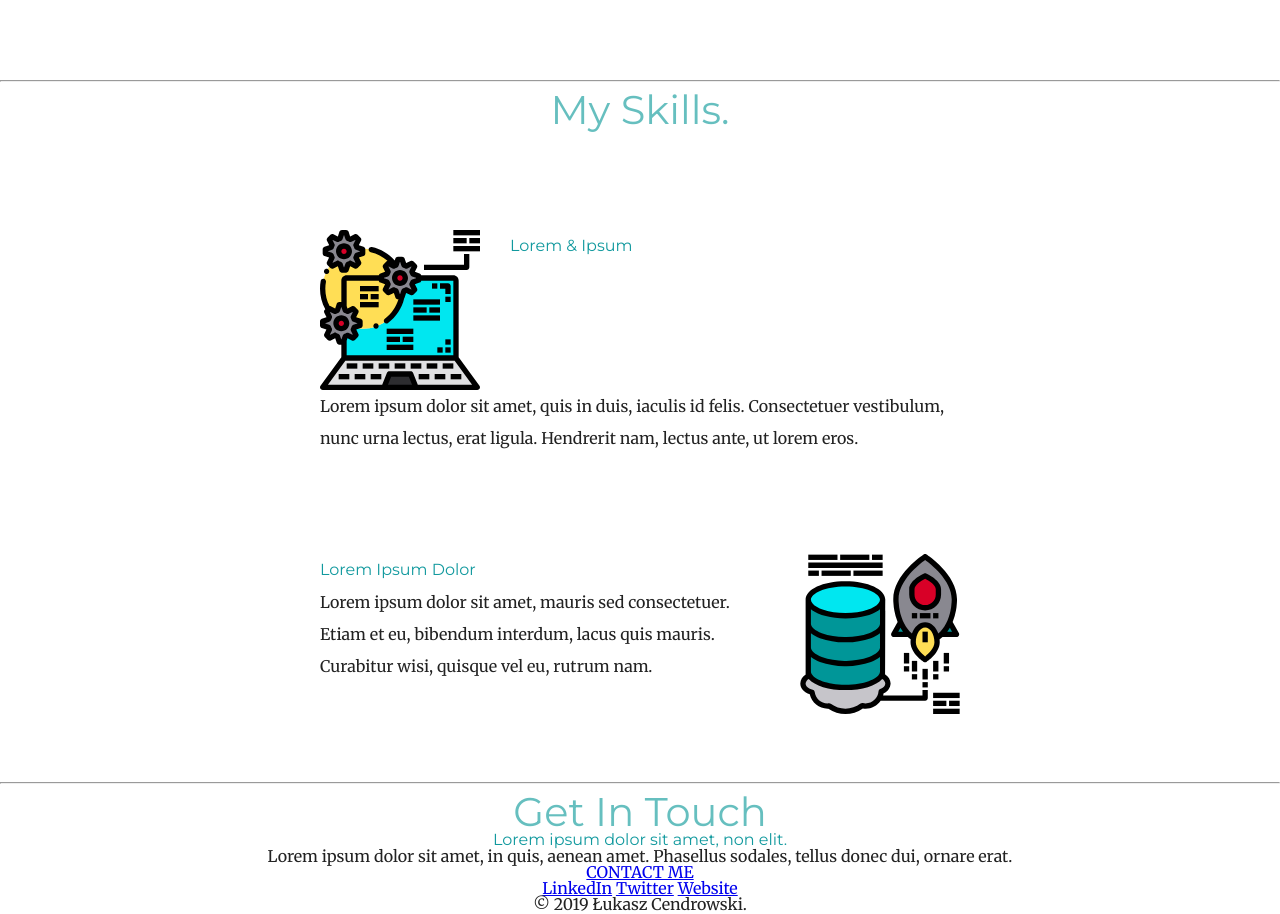
Repository: Isanderr/simple_landing_page-1
Page: index.html
The author's editor kept a copy of each file at every save. The page is drawn from the files as they stood at one save, then again after the next save.
The browser window is 1280 px wide. The pictures show the part of the page from y = 914 to 1828 px (the page is 1828 px tall before and 1732 px after).
A picture or video elsewhere on the page could not be fetched, so the positions and the page height are approximate.

Above is the page before, as saved 2019-01-31 22:57:28.

After the next save:
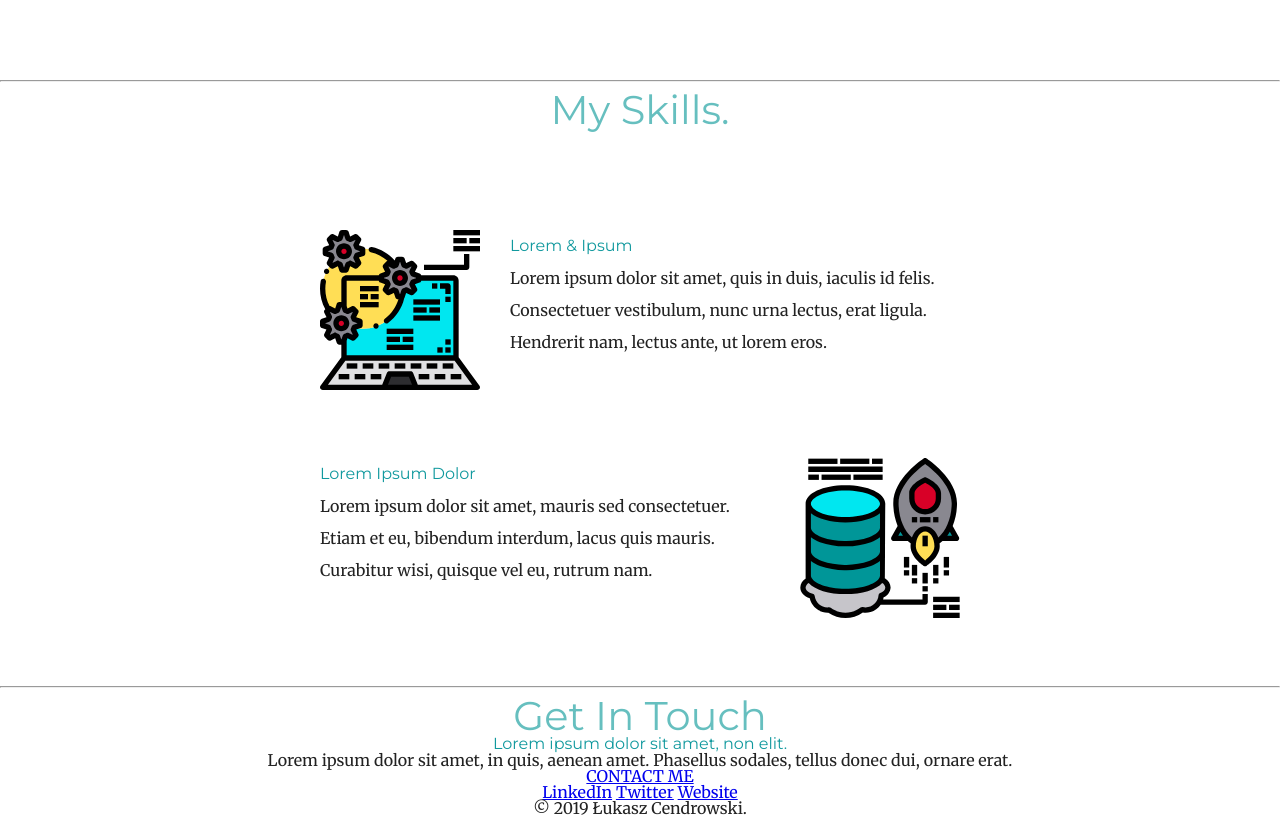
Saved 66 s later.
--- a/index.html
+++ b/index.html
@@ -34,8 +34,8 @@
             <div class="skill-row">
                 <img class="computer-img" src="img/optimize.svg" alt="computer">
                 <h3>Lorem & Ipsum</h3>
-                <p class="skills-code">Lorem ipsum dolor sit amet, quis in duis, iaculis id felis. Consectetuer
-                    vestibulum, nunc urna lectus, erat ligula. Hendrerit nam, lectus ante, ut lorem eros.</p>
+                <p class="skills-code-computer">Lorem ipsum dolor sit amet, quis in duis, iaculis id felis.
+                    Consectetuer vestibulum, nunc urna lectus, erat ligula. Hendrerit nam, lectus ante, ut lorem eros.</p>
             </div>
             <div class="skill-row">
                 <img src="img/hosting.svg" class="hosting-img" alt="rocket-databes">
